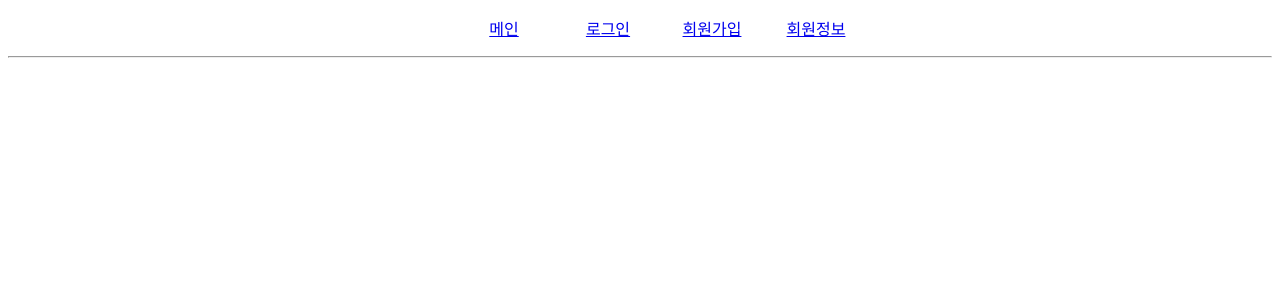
Repository: jaecheol0330/jsp-work
Page: http://localhost/cos/layout/header.jsp
These files come from the project's save history. The page is drawn as it stood at one moment and after the next save; the edit follows.
The browser window is 1280 px wide. The pictures show the whole page.
The page is served by Tomcat 9. Other server files are loaded and not shown.

Above is the page before, as saved 2020-08-22 07:07:13.

### cos/WebContent/layout/header.jsp
<%@ page language="java" contentType="text/html; charset=UTF-8"
    pageEncoding="UTF-8"%>
<!DOCTYPE html>
<html>
<head>
<meta charset="UTF-8">
<title>메인페이지</title>
<style>
	ul{
		text-align: center;
	}
	li {
		display: inline-block;
		width: 100px;
	}
</style>
</head>
<body>
<ul>
	<li><a href="main.jsp">메인</a></li>
	<li><a href="login.jsp">로그인</a></li>
	<li><a href="join.jsp">회원가입</a></li>
	<li><a href="info.jsp">회원정보</a></li>
</ul>
<hr/>

After the next save:
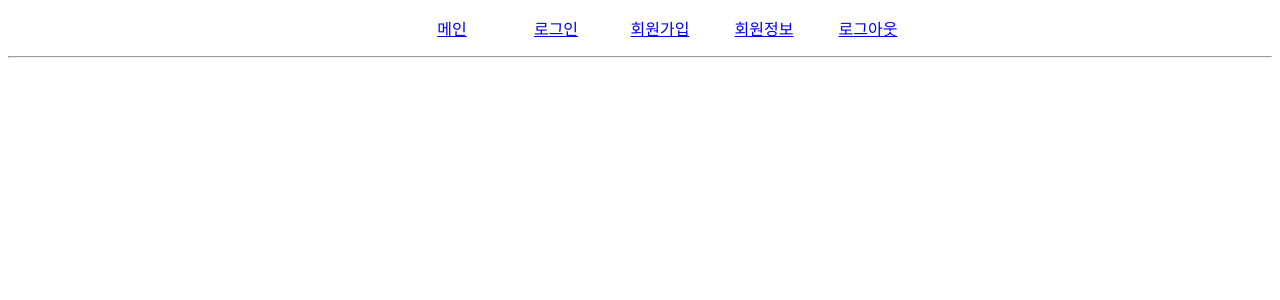
Saved 3 min 52 s later.
--- a/cos/WebContent/layout/header.jsp
+++ b/cos/WebContent/layout/header.jsp
@@ -21,5 +21,6 @@
 	<li><a href="login.jsp">로그인</a></li>
 	<li><a href="join.jsp">회원가입</a></li>
 	<li><a href="info.jsp">회원정보</a></li>
+	<li><a href="logout.jsp">로그아웃</a></li>
 </ul>
 <hr/>
